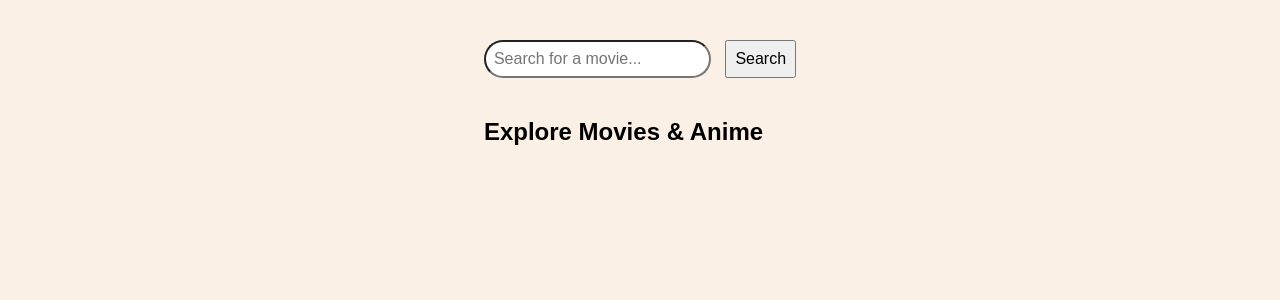
Repository: Femi007-gh/movie-API
Page: index.html
These files come from the project's save history. The page is drawn as it stood at one moment and after a run of saves; the edit follows.
The browser window is 1280 px wide. The pictures show the whole page.
The page's requests for data from a server got no answer.

Above is the page before, as saved 2025-05-09 08:52:59.

After the next 3 saves:
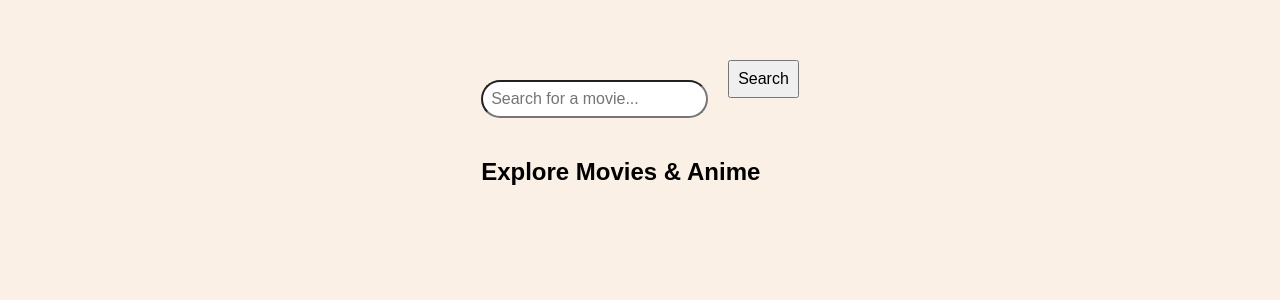
The 3 saves are shown as one change because they came seconds apart.
The last was saved 27 s later.
--- a/style.css
+++ b/style.css
@@ -53,3 +53,11 @@ button {
   margin-top: 40px;
   text-align: center;
 }
+
+.search-bar {
+  display: flex;
+  justify-content: center;
+  align-items: center;
+  margin-top: 40px;
+  gap: 10px;
+}
